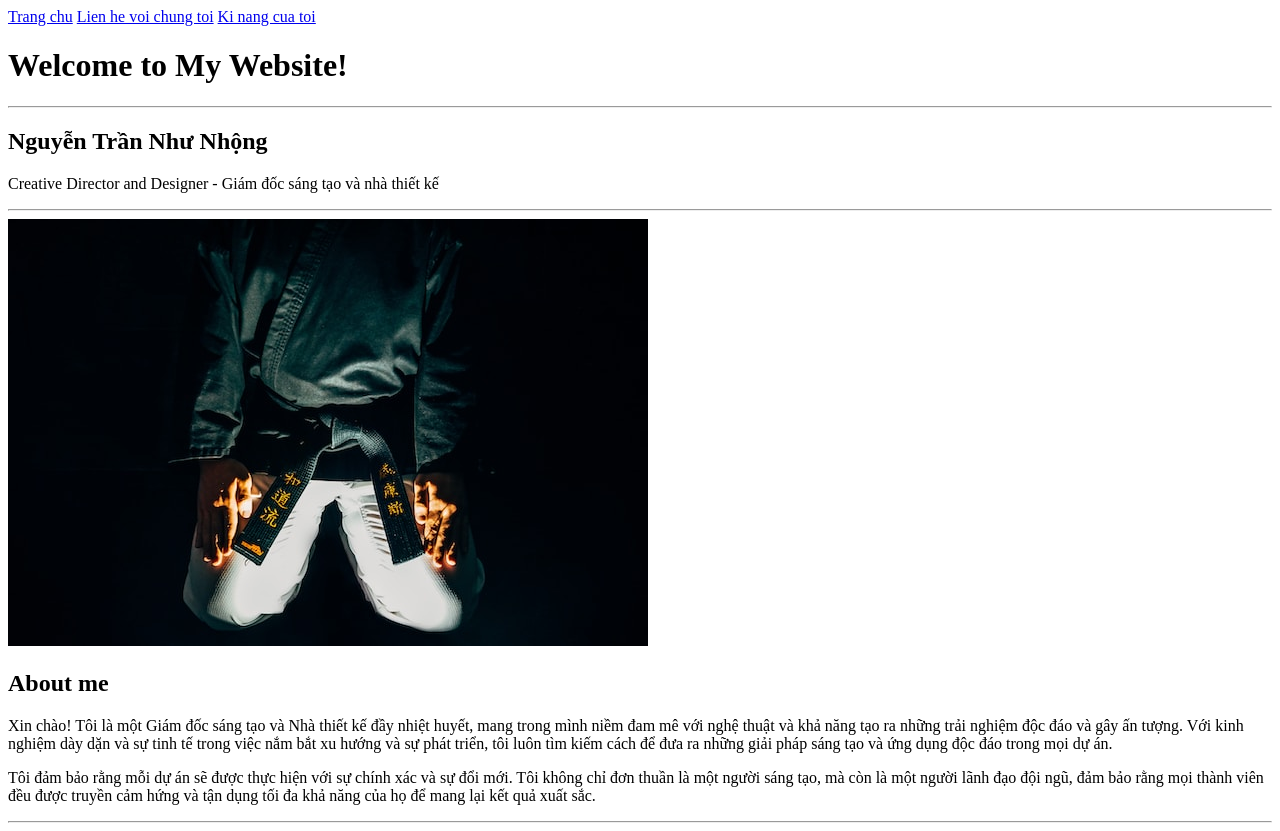
Repository: bachphamudu/index-ontap1
Page: index.html
An editor plug-in stored every save of this project. The page is shown before and after the next save, followed by the edit.
The browser window is 1280 px wide. The pictures show the whole page.

Above is the page before, as saved 2026-10-16 07:25:36.

### index.html
<!DOCTYPE html>
<html lang="vi">

<head>
    <meta charset="UTF-8">
    <meta http-equiv="X-UA-Compatible" content="IE=edge">
    <meta name="viewport" content="width=device-width, initial-scale=1.0">
    <title>Bài học multi page Website</title>
</head>

<body>
    <!-- Thêm các link điều hướng -->
    <!-- 1. Điều hướng về trang chủ -->
    <a href="/">Trang chu</a>
    <!-- 2. Điều hướng đến contact.html -->
    <a href="./more-info/contact.html">Lien he voi chung toi</a>
    <!-- 3. Điều hướng đến my-skill.html -->
    <a href="./more-info/my-skill.html">Ki nang cua toi</a>

    <h1>Welcome to My Website!</h1>
    <hr>
    <h2>Nguyễn Trần Như Nhộng</h2>
    <p>Creative Director and Designer - Giám đốc sáng tạo và nhà thiết kế</p>
    <hr>

    <!-- Thêm hình ảnh tuhoc.cc.jpg và khi click chuột sẽ điều hướng đến contact.html  -->
     <div>
    <img src="./assets/images/tuhoc.cc.jpg" alt="nhan vao la dinh" >
    <a href="./more-info/contact.html"></a>
    </div>
    <h2>About me</h2>
    <p>Xin chào! Tôi là một Giám đốc sáng tạo và Nhà thiết kế đầy nhiệt huyết, mang trong mình niềm đam mê với nghệ
        thuật và khả năng tạo ra những trải nghiệm độc đáo và gây ấn tượng. Với kinh nghiệm dày dặn và sự tinh tế trong
        việc nắm bắt xu hướng và sự phát triển, tôi luôn tìm kiếm cách để đưa ra những giải pháp sáng tạo và ứng dụng
        độc đáo trong mọi dự án.</p>
    <p>Tôi đảm bảo rằng mỗi dự án sẽ được thực hiện với sự chính xác và sự đổi mới. Tôi không chỉ đơn thuần là một người
        sáng tạo, mà còn là một người lãnh đạo đội ngũ, đảm bảo rằng mọi thành viên đều được truyền cảm hứng và tận dụng
        tối đa khả năng của họ để mang lại kết quả xuất sắc.</p>
    <hr>


</body>

</html>

After the next save:
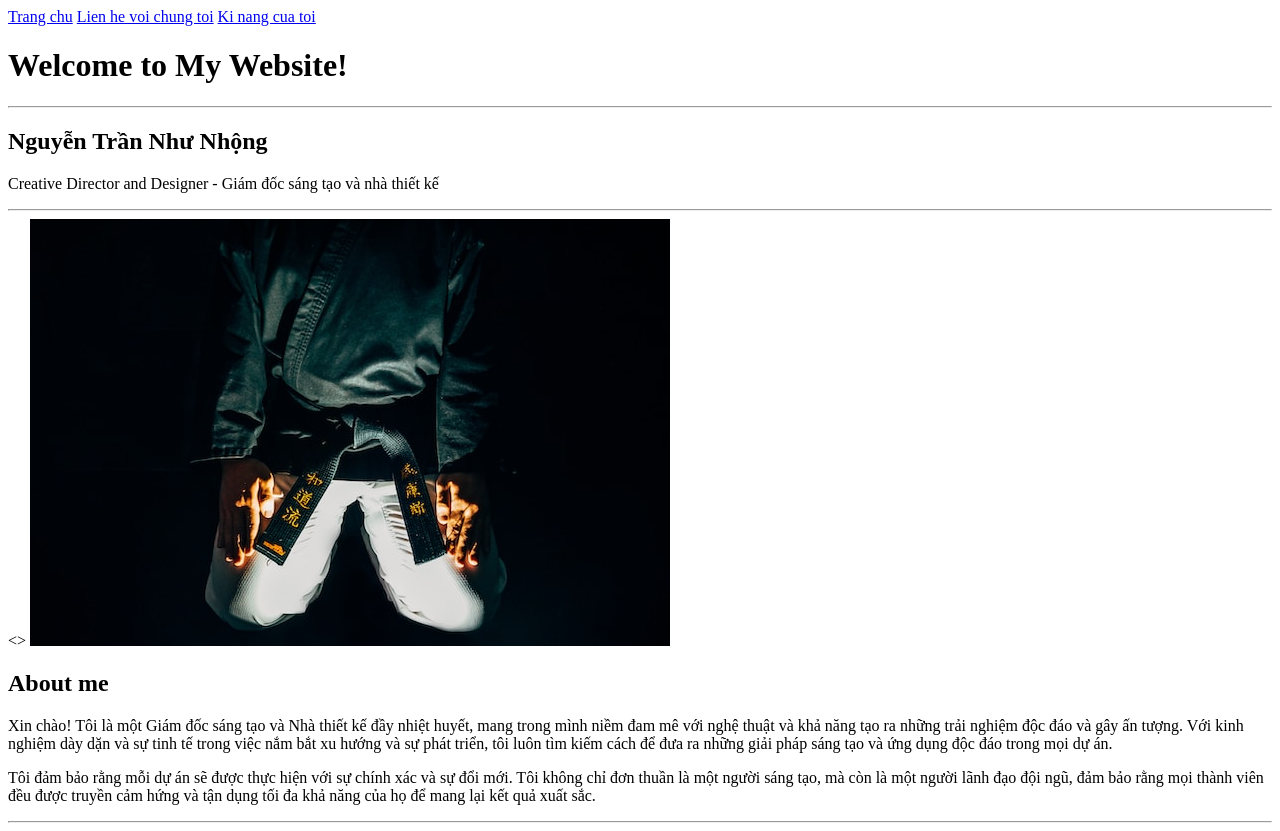
Saved 20 s later.
--- a/index.html
+++ b/index.html
@@ -24,10 +24,9 @@
     <hr>
 
     <!-- Thêm hình ảnh tuhoc.cc.jpg và khi click chuột sẽ điều hướng đến contact.html  -->
-     <div>
+     <>
     <img src="./assets/images/tuhoc.cc.jpg" alt="nhan vao la dinh" >
     <a href="./more-info/contact.html"></a>
-    </div>
     <h2>About me</h2>
     <p>Xin chào! Tôi là một Giám đốc sáng tạo và Nhà thiết kế đầy nhiệt huyết, mang trong mình niềm đam mê với nghệ
         thuật và khả năng tạo ra những trải nghiệm độc đáo và gây ấn tượng. Với kinh nghiệm dày dặn và sự tinh tế trong

After the save that followed:
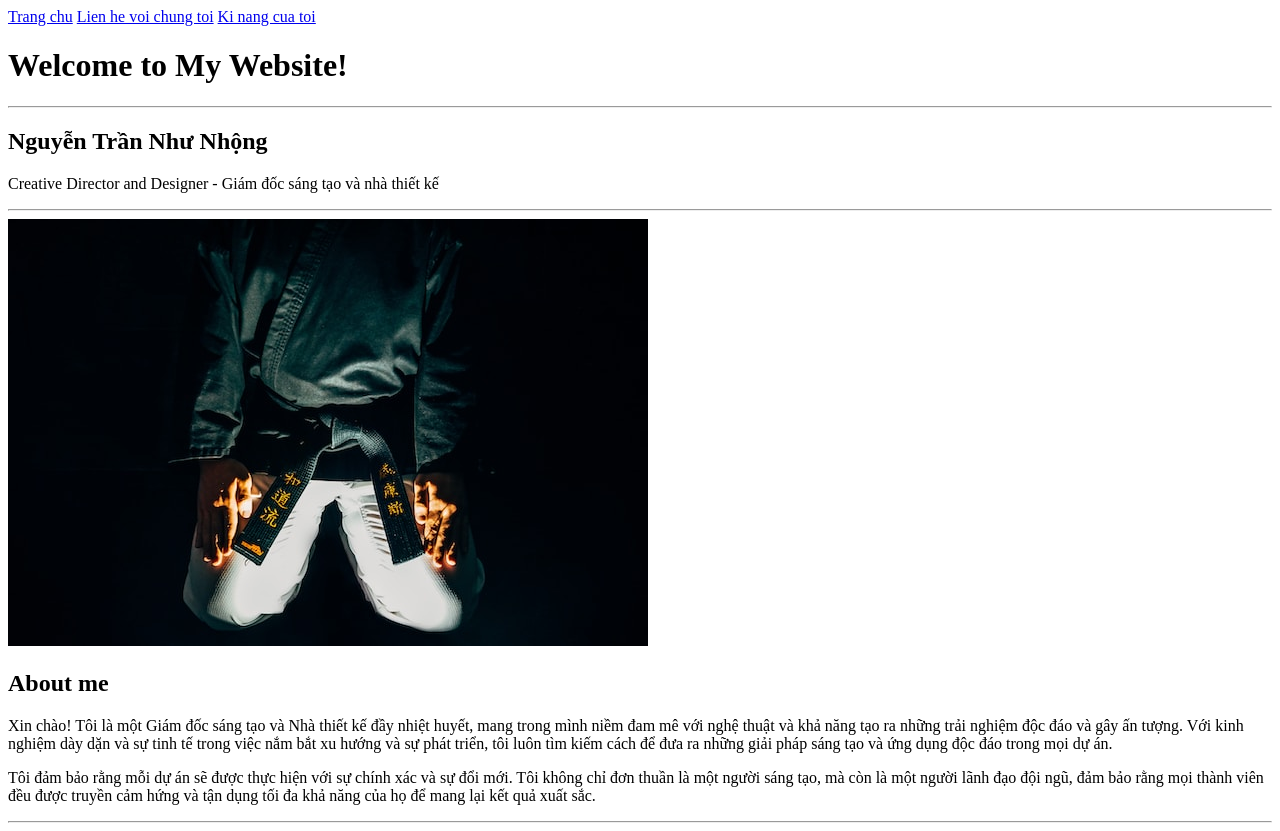
Saved 5 s later.
--- a/index.html
+++ b/index.html
@@ -24,7 +24,6 @@
     <hr>
 
     <!-- Thêm hình ảnh tuhoc.cc.jpg và khi click chuột sẽ điều hướng đến contact.html  -->
-     <>
     <img src="./assets/images/tuhoc.cc.jpg" alt="nhan vao la dinh" >
     <a href="./more-info/contact.html"></a>
     <h2>About me</h2>
